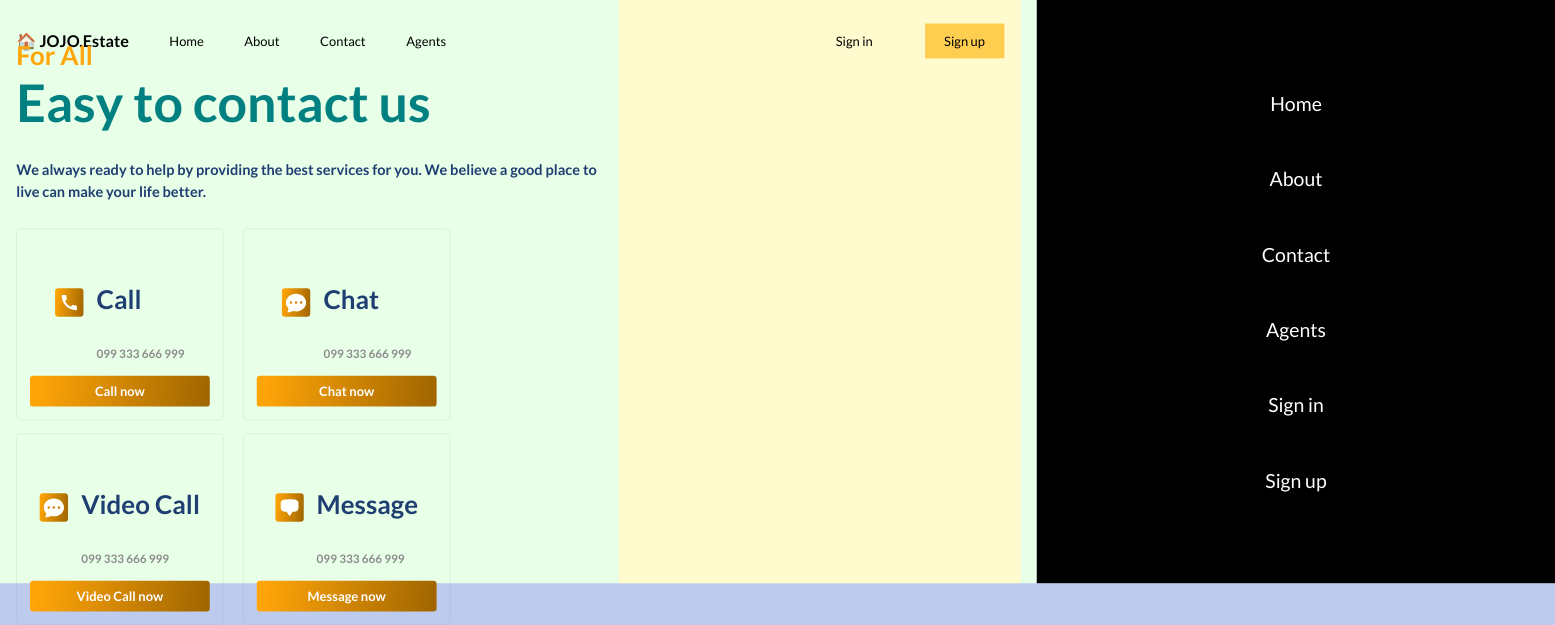
Repository: AiTrinh303/JOJO-estate
Page: /contact (app in client/)
The author's editor kept a copy of each file at every save. The page is drawn from the files as they stood at one save, then again after the next save.
The browser window is 1280 px wide. The page is 1920 px wide, so the pictures cover 1920 px, including what lies to the right of the window. The pictures show the whole page, at 81% of full size.
The page's requests for data from a server got no answer. The project was rebuilt for these pictures with package versions that can differ from the ones it lists, and the page was loaded fresh each time. No one was signed in, and anything a server would have sent is missing. Also part of the build but not shown: client/vite.config.js, client/src/components/searchBar/searchBar.scss, client/src/components/searchBar/SearchBar.jsx, client/src/routes/homePage/homePage.scss, client/src/routes/homePage/homePage.jsx, client/src/routes/listPage/listPage.scss, client/src/components/filter/filter.scss, client/src/components/filter/Filter.jsx and 30 more. Imported but missing from the stored project, and not drawn on this page: client/src/components/uploadWidget/UploadWidget.

Above is the page before, as saved 2024-10-15 14:57:39.

After the next save:
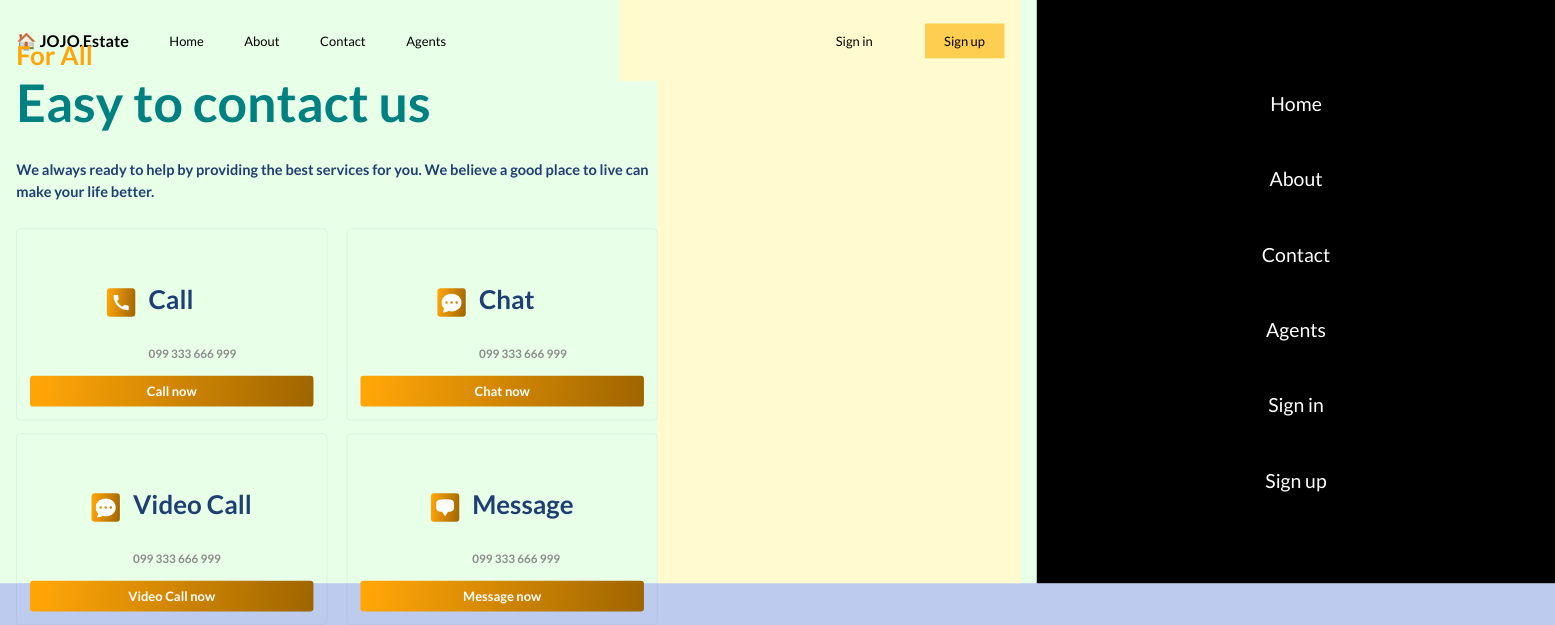
Saved 14 s later.
--- a/client/src/routes/contactPage/contactPage.scss
+++ b/client/src/routes/contactPage/contactPage.scss
@@ -48,7 +48,7 @@
                 justify-content: center;
                 align-items: center;
                 flex-direction: column;
-                width: 16rem;
+                width: 24rem;
                 padding: 1rem;
                 border: 0.8px solid rgba(128, 128, 128, 0.143);
                 border-radius: 5px;
